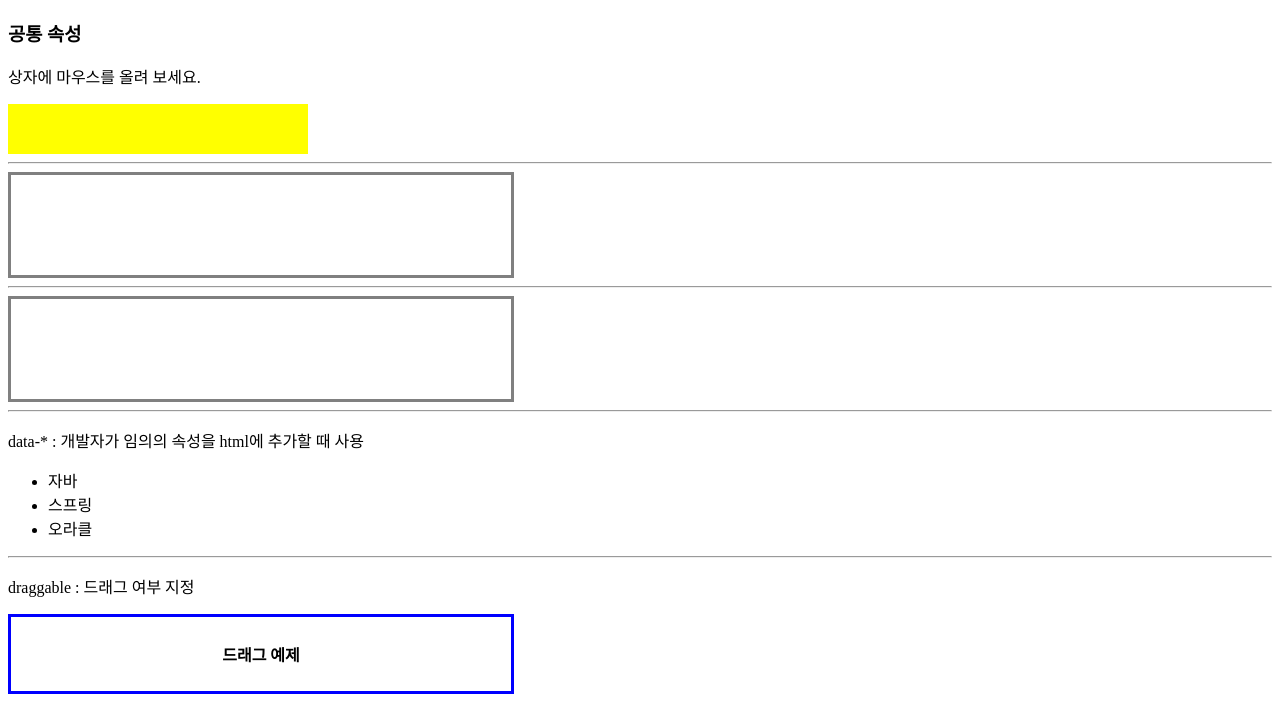
Repository: JiYoon0712/HTML_CSS_javascript
Page: work/study/src/main/webapp/htmlEx/ch02/ex06.html
These files come from the project's save history. The page is drawn as it stood at one moment and after the next save; the edit follows.
The browser window is 1280 px wide. The pictures show the whole page.

Above is the page before, as saved 2023-04-03 03:19:38.

### work/study/src/main/webapp/htmlEx/ch02/ex06.html
<!DOCTYPE html>
<html>
<head>
<meta charset="UTF-8">
<title>Insert title here</title>
<style type="text/css">
.box{
	border: 3px solid gray;
	width: 500px;
	height: 100px;
	overflow: auto;
}

.box2{
	border: 3px solid blue;
	width: 450px;
	padding: 25px;
	text-align: center;
	font-weight: 700;
}

</style>

</head>
<body>

<h3> 공통 속성 </h3>
<!-- 속성 : 요소의 시작태그에 사용하여 명령어를 구체화 하는 역할을 한다. -->

<p>상자에 마우스를 올려 보세요.</p>
<div title="안녕..." style="width:300px; height:50px; background: yellow;"></div>
<hr>

<div class ="box" ></div>
<hr>
<div class = "box" contenteditable="true"></div>
<hr>

<p>data-* : 개발자가 임의의 속성을 html에 추가할 때 사용</p>
<ul>
	<li data-subject="java">자바</li>
	<li data-subject="spring">스프링</li>
	<li data-subject="oracle">오라클</li>
</ul>
<hr>

<p>draggable : 드래그 여부 지정</p>
<div class="box2" draggable="true">드래그 예제</div>

</body>
</html>

After the next save:
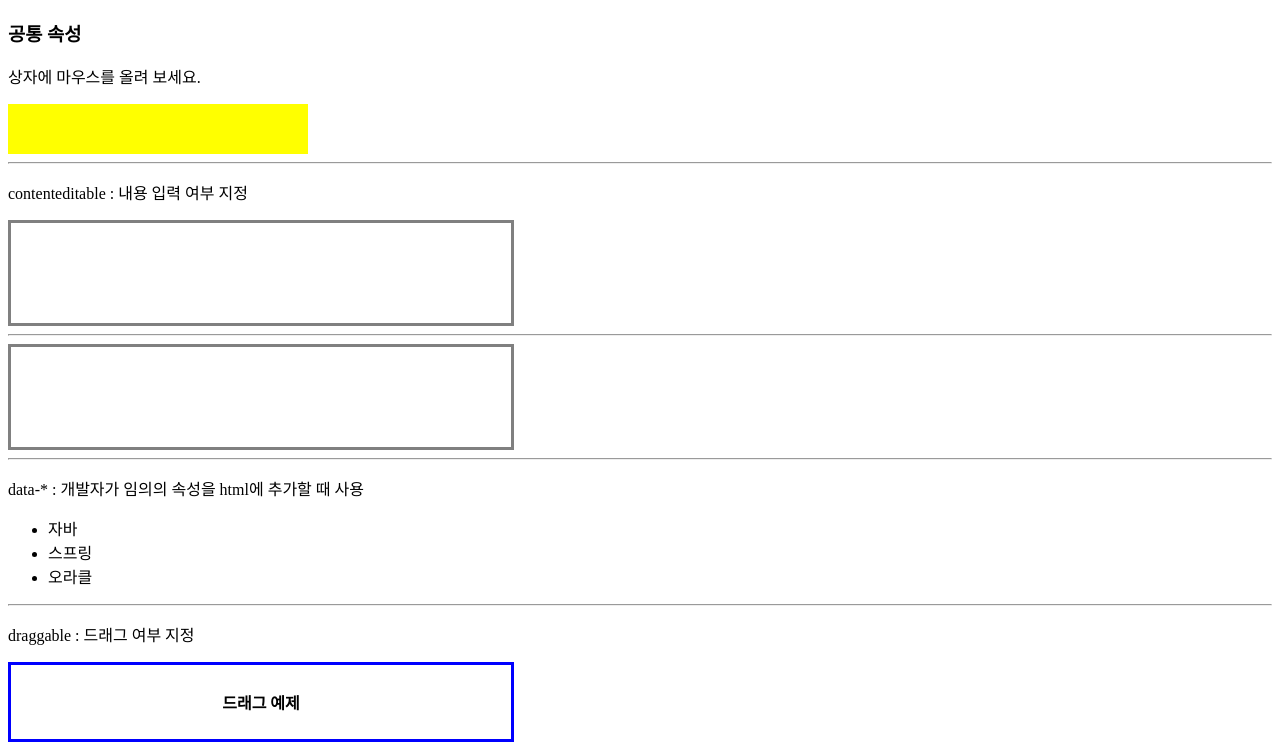
Saved 24 s later.
--- a/work/study/src/main/webapp/htmlEx/ch02/ex06.html
+++ b/work/study/src/main/webapp/htmlEx/ch02/ex06.html
@@ -31,6 +31,7 @@
 <div title="안녕..." style="width:300px; height:50px; background: yellow;"></div>
 <hr>
 
+<p>contenteditable : 내용 입력 여부 지정</p>
 <div class ="box" ></div>
 <hr>
 <div class = "box" contenteditable="true"></div>
